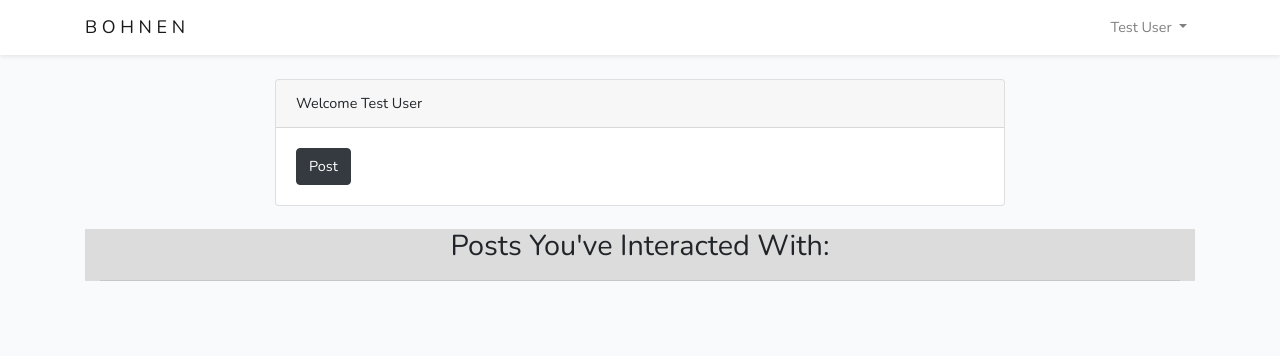
Repository: davidbohnen/BOHNEN
Page: http://localhost/home
The author's editor kept a copy of each file at every save. The page is drawn from the files as they stood at one save, then again after the next save.
The browser window is 1280 px wide. The pictures show the whole page.
The page is served by the project's Laravel application, run on PHP 8.4 with Laravel 8. A made-up administrator, Test User (test@example.com), is signed in.

Above is the page before, as saved 2020-05-05 21:20:43.

After the next save:
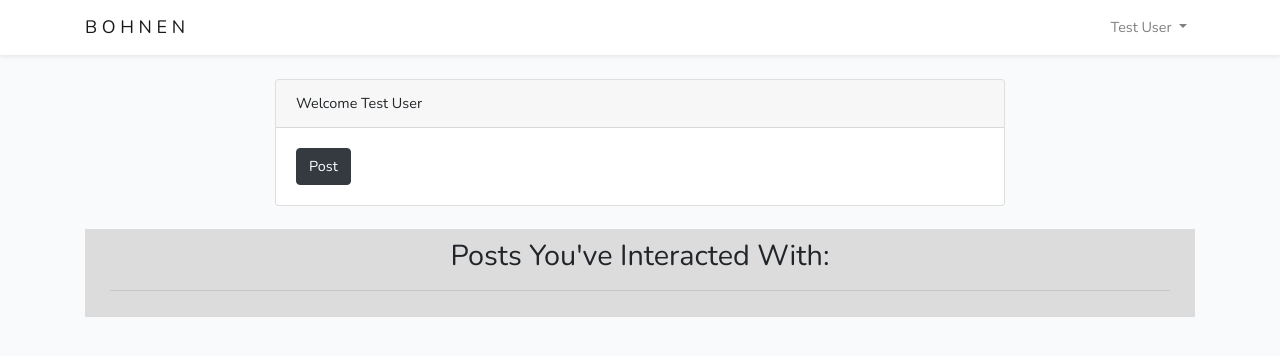
Saved 28 s later.
--- a/resources/views/home.blade.php
+++ b/resources/views/home.blade.php
@@ -25,7 +25,7 @@
     <br>
 
     <div class="container"  class="row justify-content-center" style = "background-color:gainsboro">
-    <div style="text-align:center" >
+    <div style="text-align:center;padding:10px" >
         <h2>Posts You've Interacted With:</h2>
             <hr>
         </div>
